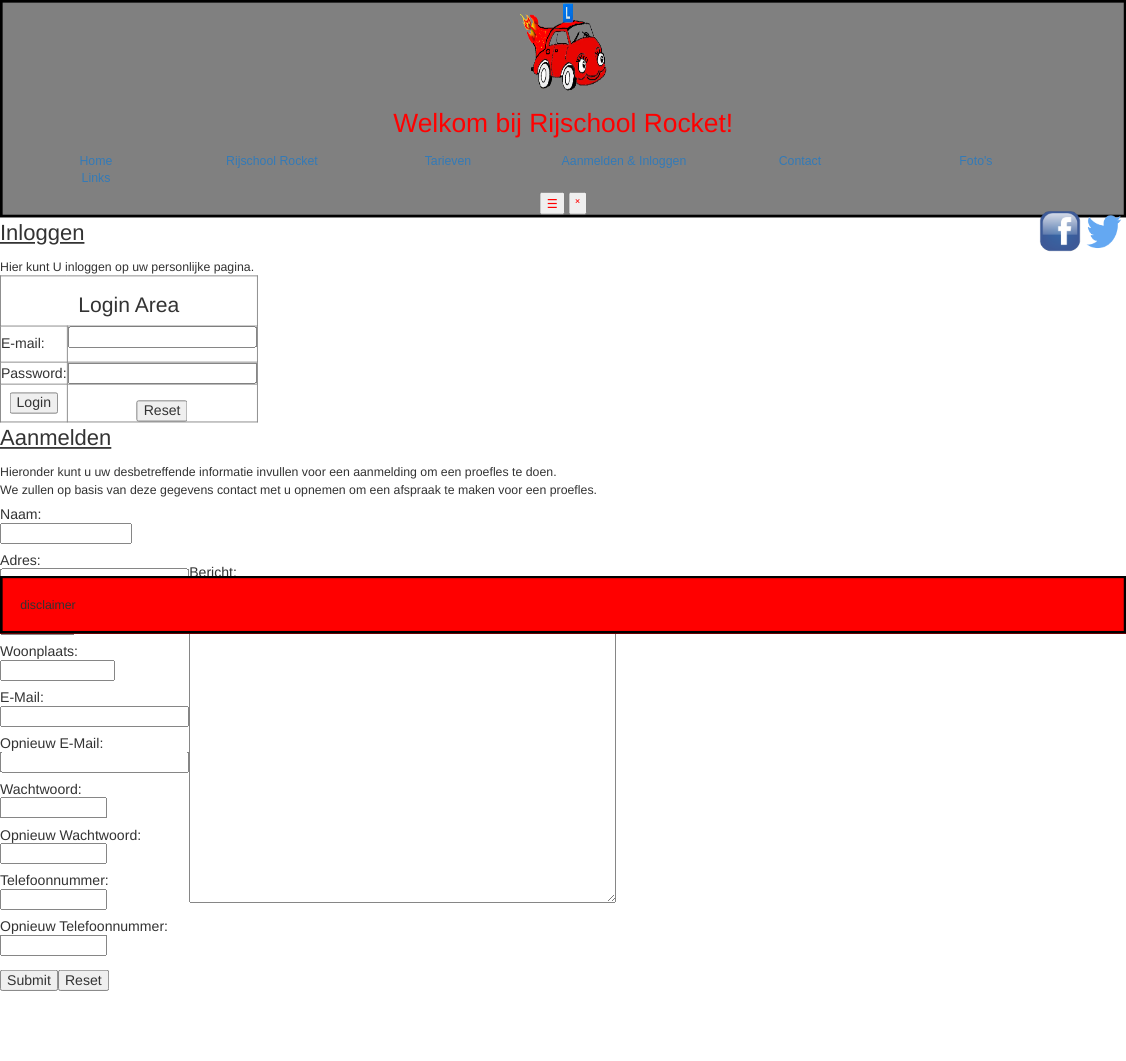
Repository: Julian-4A5A/rijschoolrocket
Page: workspace/Aanmelden/AanmeldAdmin.html
The author's editor kept a record of every edit. The page is drawn from the files as they stood at one moment, then again after the next edit.
The browser window is 1280 px wide. The pictures show the whole page, at 88% of full size.

Above is the page before.

### workspace/Aanmelden/AanmeldAdmin.html
<html>
    <head>
        <meta name="viewport" content="width=device-width, initial-scale=1.0">
        <link href="styles.css" rel="stylesheet" text="text/css">
        <title>Rijschool Rocket - Aanmelden</title>
        <link rel="stylesheet" href="https://maxcdn.bootstrapcdn.com/bootstrap/3.3.6/css/bootstrap.min.css" integrity="sha384-1q8mTJOASx8j1Au+a5WDVnPi2lkFfwwEAa8hDDdjZlpLegxhjVME1fgjWPGmkzs7" crossorigin="anonymous">
        <link rel="stylesheet" href="https://maxcdn.bootstrapcdn.com/bootstrap/3.3.6/css/bootstrap-theme.min.css" integrity="sha384-fLW2N01lMqjakBkx3l/M9EahuwpSfeNvV63J5ezn3uZzapT0u7EYsXMjQV+0En5r" crossorigin="anonymous">



    </head>
    <body>

        <header>
            <div id="imageauto"><img src="Auto.png" style="height:100px;width:100px"></div>
            <h2>Welkom bij Rijschool Rocket!</h2>
            <div class="menu">
            <ul id="nav" class="navbar">
                <li><a class="meunut" href="/Homepagina/Index.html">Home</a></li>
                <li><a class="meunut" href="/Bedrijfsinformatie/Bedrijfsinformatie.html">Rijschool Rocket</a>
                     <ul>
                        <li><a class="meunut" href="#Organistatie">Organistatie</a></li>
                        <li><a class="meunut" href="#Voorwaarden">Voorwaarden</a></li>
                        <li><a class="meunut" href="#Vactures">Vactures</a></li>
                    </ul></li>
                <li><a class="meunut" href="/Tarieven/Lespakketten.html">Tarieven</a>
                    <ul>
                        <li><a class="meunut" href="#Theorieles">Theorieles</a></li>
                        <li><a class="meunut" href="#Auto">Auto</a></li>
                        <li><a class="meunut" href="#Vrachtwagen">Vrachtwagen</a></li>
                        <li><a class="meunut" href="#Aanhangwagen">Aanhangwagen</a></li>
                        <li><a class="meunut" href="#Bromfiets">Bromfiets</a></li>
                        <li><a class="meunut" href="#Motor">Motor</a></li>
                        <li><a class="meunut" href="#Taxi">Taxi</a></li>
                    </ul></li>
                <li><a class="meunut" href="/Aanmelden/Aanmeld.html">Aanmelden & Inloggen</a>
                    <ul>
                        <li><a class="meunut" href="#Aanmelden">Aanmelden</a></li>
                        <li><a class="meunut" href="#Inloggen">Inloggen</a></li>
                        <li><a class="meunut" href="MijnRaketAdmin.html" target="_self">Mijn Rocket</a></li>

                    </ul></li>
                <li><a class="meunut" href="/Contact/Contact.html">Contact</a>
                    <ul>
                        <li><a class="meunut" href="#Bel">Bel-Me-Nu</a></li>
                        <li><a class="meunut" href="#Locatie">Locatie</a></li>
                    </ul></li>
                <li><a class="meunut" href="/Fotos/foto's.html">Foto's</a></li>
                <li><a class="meunut" href="/Derdeman/Links.html">Links</a></li>

            </ul>
        </div>
          <button class="hamburger">&#9776;</button>
          <button class="cross">&#735;</button>
        </header>

        <p class="underline"><a name="Inloggen"></a>Inloggen</p>
        Hier kunt U inloggen op uw personlijke pagina.
        <table border="1">
            <tr>
                <td colspan="2">
                    <center>
                        <h3>Login Area</h3>
                    </center>
                </td>
            </tr>
            <tr>
                <td>
                    E-mail:
                </td>
                <td>
                    <form id="login" name="login">
                        <input name="id" type="text">
                </td>
            </tr>
            <tr>
                <td>
                    Password:
                </td>
                <td>
                    <input name="pass" type="password">

                </td>
            </tr>
            <tr>
                <td>
                    <center>
                        <input onclick="pasuser(this.form);" type="button"
                        value="Login" href="aanemeld.html">
                    </center>
                </td>
                <td>
                    <center>
                        <br>
                        <input type="reset">
                    </form>
                    </center>
                </td>
            </tr>
        </table>


        <p class="underline"><a name="Aanmelden"></a>Aanmelden</p>
        Hieronder kunt u uw desbetreffende informatie invullen voor een aanmelding om een proefles te doen.
        <br>We zullen op basis van deze gegevens contact met u opnemen om een afspraak te maken voor een proefles.

		<table>
            <tr>
				<td>
					<form id="form" method="post" action="mailto:430149@edu.rocmn.nl">

						<p><div id="text">Naam: </div><input type="text" name="Naam" size="13" maxlength="13"></p>
						<p><div id="text">Adres: </div><input type="text" name="Adres" size="20" maxlength="30"></p>
						<p><div id="text">Postcode: </div><input type="text" name="Postcode" size="6" maxlength="6"></p>
						<p><div id="text">Woonplaats: </div><input type="text" name="Woonplaats" size="11" maxlength="11"></p>
						<p><div id="text">E-Mail: </div><input type="email" name="E-Mail" size="20" maxlength="999" id="mail1" onkeyup="MailTekens()"></p>
						<p><div id="text">Opnieuw E-Mail: </div><input type="email" name="E-Mail" size="20" maxlength="999" id="mail2" onkeyup="checkMail(); return false;"></p>
						<span id="confirmMailMessage" class="confirmMailMessage"></span>
						<p><div id="text">Wachtwoord: </div><input type="password" name="wachtwoord" size="10" maxlength="10" id="pass1" onkeyup="PassTekens()"></p>
						<p><div id="text">Opnieuw Wachtwoord: </div><input type="password" name="wachtwoord" size="10" maxlength="10" id="pass2" onkeyup="checkPass(); return false;"></p>
						<span id="confirmPassMessage" class="confirmPassMessage"></span>
						<p><div id="text">Telefoonnummer: </div><input type="text" name="Telefoonnummer" size="10" maxlength="10" onkeyup="PhoneTekens()"></p>
					    <p><div id="text">Opnieuw Telefoonnummer: </div><input type="text" name="Telefoonnummer" size="10" maxlength="10"></p>
					    <span id="confirmPhoneMessage" class="confirmPhoneMessage"></span>
					</form>
				</td>

				<td>
					<div id="bericht"><p><div id="text">Bericht: </div><textarea name="message" rows="20" cols="50"></textarea></p></div>
				</td>
			</tr>
        </table>

		<table id="buttons">
            <tr>
                <td><div id="submit"><input type="button" value="Submit" onClick="pasuser(this.form)"></div></td>
                <td><div id="reset"><input type="reset" value="Reset"></div></td>
            </tr>
        </table>
        <br>
        <br>
        <br>
        <br>

        <table id="image">
            <tr>
                <td style="width:50px;"><img src="Facebook.png" style="height:50px; width:50px;"></td>
                <td style="width:50px;"><img src="twitter.png" style="height:50px; width:50px;"></td>
            </tr>
        </table>


        <footer>
            disclaimer
        </footer>

        <script>

            var goodColor = "#66cc66";
            var badColor = "#ff6666";

            function checkPass(){
                var pass1 = document.getElementById('pass1');
                var pass2 = document.getElementById('pass2');
                var PassMessage = document.getElementById('confirmPassMessage');

                if(pass1.value == pass2.value){
                    pass2.style.backgroundColor = goodColor;
                    PassMessage.style.color = goodColor;
                    PassMessage.innerHTML = "Passwords Zijn Gelijk!";
                }

                else{
                    pass2.style.backgroundColor = badColor;
                    PassMessage.style.color = badColor;
                    PassMessage.innerHTML = "Passwords Zijn Niet Gelijk!";
                }
            }

            function pasuser(form) {
                if (form.id.value=="Test") {
                if (form.pass.value=="Test") {
                    location="login.html";
                }

                    else {
                        alert("Invalid Password");
                    }
                }

                else {
                    alert("Invalid UserID");
                }
            }

            function checkMail(){
                var mail1 = document.getElementById("mail1");
                var mail2 = document.getElementById("mail2");
                var MailMessage = document.getElementById("confirmMailMessage");

                if(mail1.value == mail2.value){
                    mail2.style.backgroundColor = goodColor;
                    MailMessage.style.color = goodColor;
                    MailMessage.innerHTML = "E-mail is gelijk!";
                }

                else{
                    mail2.style.backgroundColor = badColor;
                    MailMessage.style.color = badColor;
                    MailMessage.innerHTML = "E-mail is niet gelijk!";
                }
            }

            function PassTekens(){
                var PassMessage = document.getElementById("confirmPassMessage");
            }

            function MailTekens(){
                var MailMessage = document.getElementById("confirmMailMessage");
            }

            function PhoneTekens(){
                var PhoneMessage = document.getElementById("confirmPhoneMessage");
                try {
                    if(PhoneMessage == "") throw "Vul iets in!"
                    if(isNaN(PhoneMessage)) throw "Ongeldige tekens!"
                    PhoneMessage = Number(PhoneMessage);
                    if (PhoneMessage > 10) throw "Teveel nummers!"
                }

                catch(err) {
                    PhoneMessage.innerHTML = err;
                }
            }


        </script>

    </body>
</html>

### workspace/Aanmelden/styles.css
header {
    text-align: center;
    background-color: gray;
    border: 3px solid black;
    width: auto;
    color: red;
    margin-left: 0px;
}

body {
    background-color: #FFCC00;
    margin: auto;
}

footer {
    border: 3px solid black;
    width: 100%;
    padding: 20px;
    background-color: red;
    margin-left: 0px;
    position: fixed;
    bottom: 0px;
}

#topnav li{
    list-style-type: none;
    display: inline;
}

#topnav {
   background-color: red;
   border: 3px solid black;
   width: auto;
   margin: auto;
   text-align: center;
   margin-left: 0px;
}

.underline {
    text-decoration: underline;
    font-size: 25px;
    text-decoration: bold;
}

#image {
    position: absolute;
    right: 0px;
    top: 238px;
}



#nav, #nav ul{
    list-style: none;
    margin: 0px;
    padding: 5px;
}
.meunut {
        text-decoration: none;
        font-family:sans-serif;
    }
#menu {
        background-color: black;
        height: 35px;
        border:solid 3px red;
    }

#nav li {
        float: left;
        width: 200px
    }
#nav ul {
        position: absolute;
        width: 200px;
        left: -1000px;
    }
#nav li:hover ul {
        left: auto;}

#nav   li:hover, li a:hover {
      background: #000;
}
#menu  ul li a {
    display: block;background: #000;
    padding: 5px 10px 5px 10px;
    text-decoration: none;
    white-space: nowrap;
    color: #fff;

  }
  #menu ul li {
      display: block;
      float: left;
      border:1px solid #000

  }
  #nav ul li {
      display: block;position: relative;
      float: left;
      border:1px solid #000
}

#nav  li:hover a{
      background: #f00;

  }

After the next edit:
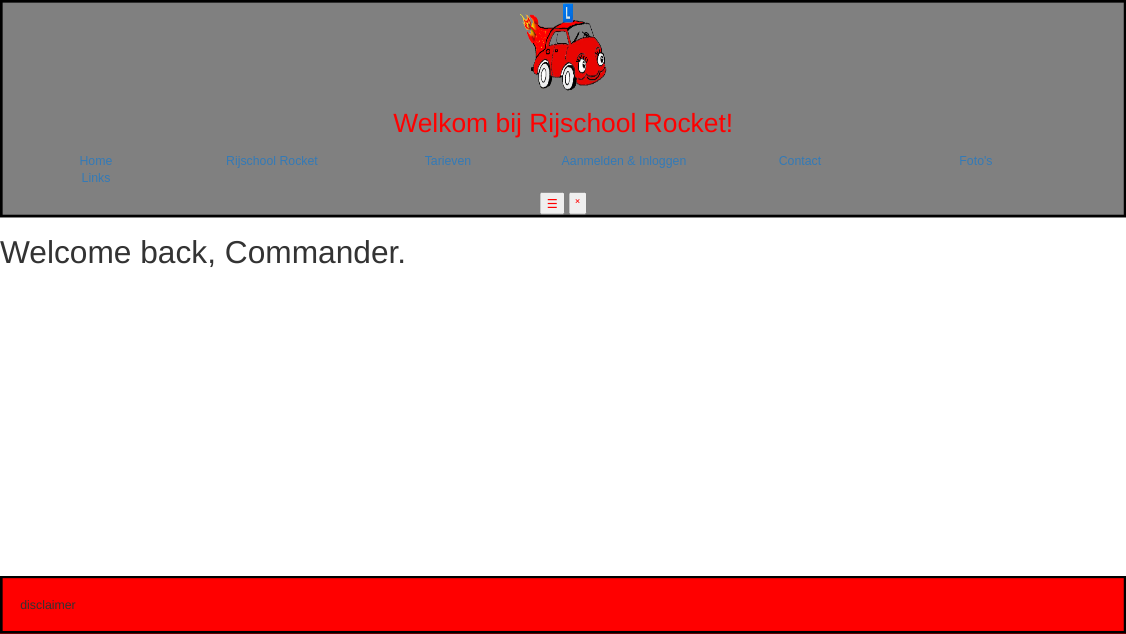
The edit:
--- a/workspace/Aanmelden/AanmeldAdmin.html
+++ b/workspace/Aanmelden/AanmeldAdmin.html
@@ -54,100 +54,7 @@
           <button class="cross">&#735;</button>
         </header>
 
-        <p class="underline"><a name="Inloggen"></a>Inloggen</p>
-        Hier kunt U inloggen op uw personlijke pagina.
-        <table border="1">
-            <tr>
-                <td colspan="2">
-                    <center>
-                        <h3>Login Area</h3>
-                    </center>
-                </td>
-            </tr>
-            <tr>
-                <td>
-                    E-mail:
-                </td>
-                <td>
-                    <form id="login" name="login">
-                        <input name="id" type="text">
-                </td>
-            </tr>
-            <tr>
-                <td>
-                    Password:
-                </td>
-                <td>
-                    <input name="pass" type="password">
-
-                </td>
-            </tr>
-            <tr>
-                <td>
-                    <center>
-                        <input onclick="pasuser(this.form);" type="button"
-                        value="Login" href="aanemeld.html">
-                    </center>
-                </td>
-                <td>
-                    <center>
-                        <br>
-                        <input type="reset">
-                    </form>
-                    </center>
-                </td>
-            </tr>
-        </table>
-
-
-        <p class="underline"><a name="Aanmelden"></a>Aanmelden</p>
-        Hieronder kunt u uw desbetreffende informatie invullen voor een aanmelding om een proefles te doen.
-        <br>We zullen op basis van deze gegevens contact met u opnemen om een afspraak te maken voor een proefles.
-
-		<table>
-            <tr>
-				<td>
-					<form id="form" method="post" action="mailto:430149@edu.rocmn.nl">
-
-						<p><div id="text">Naam: </div><input type="text" name="Naam" size="13" maxlength="13"></p>
-						<p><div id="text">Adres: </div><input type="text" name="Adres" size="20" maxlength="30"></p>
-						<p><div id="text">Postcode: </div><input type="text" name="Postcode" size="6" maxlength="6"></p>
-						<p><div id="text">Woonplaats: </div><input type="text" name="Woonplaats" size="11" maxlength="11"></p>
-						<p><div id="text">E-Mail: </div><input type="email" name="E-Mail" size="20" maxlength="999" id="mail1" onkeyup="MailTekens()"></p>
-						<p><div id="text">Opnieuw E-Mail: </div><input type="email" name="E-Mail" size="20" maxlength="999" id="mail2" onkeyup="checkMail(); return false;"></p>
-						<span id="confirmMailMessage" class="confirmMailMessage"></span>
-						<p><div id="text">Wachtwoord: </div><input type="password" name="wachtwoord" size="10" maxlength="10" id="pass1" onkeyup="PassTekens()"></p>
-						<p><div id="text">Opnieuw Wachtwoord: </div><input type="password" name="wachtwoord" size="10" maxlength="10" id="pass2" onkeyup="checkPass(); return false;"></p>
-						<span id="confirmPassMessage" class="confirmPassMessage"></span>
-						<p><div id="text">Telefoonnummer: </div><input type="text" name="Telefoonnummer" size="10" maxlength="10" onkeyup="PhoneTekens()"></p>
-					    <p><div id="text">Opnieuw Telefoonnummer: </div><input type="text" name="Telefoonnummer" size="10" maxlength="10"></p>
-					    <span id="confirmPhoneMessage" class="confirmPhoneMessage"></span>
-					</form>
-				</td>
-
-				<td>
-					<div id="bericht"><p><div id="text">Bericht: </div><textarea name="message" rows="20" cols="50"></textarea></p></div>
-				</td>
-			</tr>
-        </table>
-
-		<table id="buttons">
-            <tr>
-                <td><div id="submit"><input type="button" value="Submit" onClick="pasuser(this.form)"></div></td>
-                <td><div id="reset"><input type="reset" value="Reset"></div></td>
-            </tr>
-        </table>
-        <br>
-        <br>
-        <br>
-        <br>
-
-        <table id="image">
-            <tr>
-                <td style="width:50px;"><img src="Facebook.png" style="height:50px; width:50px;"></td>
-                <td style="width:50px;"><img src="twitter.png" style="height:50px; width:50px;"></td>
-            </tr>
-        </table>
+        <h1>Welcome back, Commander.</h1>
 
 
         <footer>
